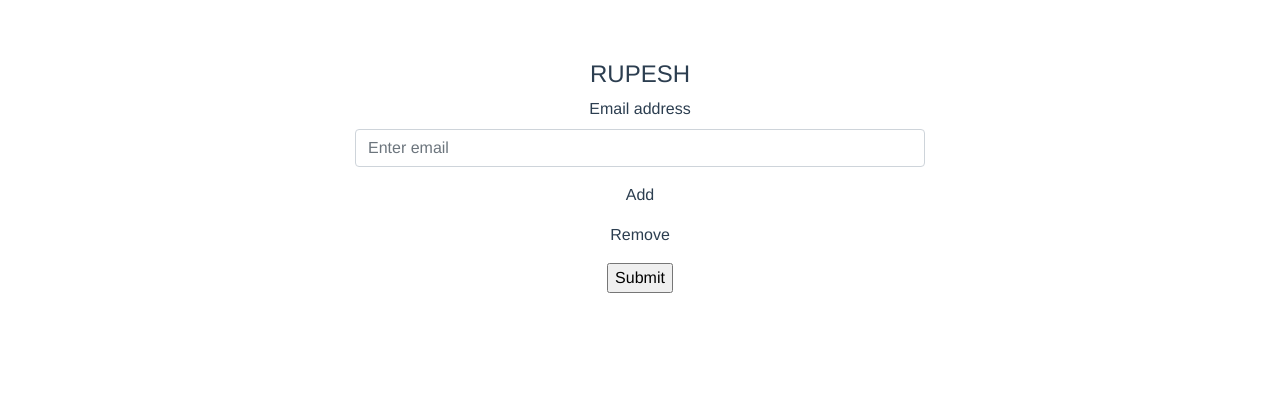
Repository: rupeshpawar93/vue-profile
Page: /company-form
The author's editor kept a copy of each file at every save. The page is drawn from the files as they stood at one save, then again after the next save.
The browser window is 1280 px wide. The pictures show the whole page.
The project was rebuilt for these pictures with package versions that can differ from the ones it lists, and the page was loaded fresh each time. Also part of the build but not shown: webpack.config.js, src/components/Portfolio.vue, src/components/PortfolioDetail.vue, src/components/Mycart.vue.

Above is the page before, as saved 2019-11-06 15:23:49.

### index.html
<!DOCTYPE html>
<html lang="en">
  <head>
    <meta charset="utf-8">
    <title>Portfolio Manager</title>
  </head>
  <body>
    <div id="app"></div>
    <script src="/dist/build.js"></script>
  </body>
</html>

### src/main.js
import Vue from 'vue'
import BootstrapVue from 'bootstrap-vue'
import 'bootstrap/dist/css/bootstrap.css'
import 'bootstrap-vue/dist/bootstrap-vue.css'
import App from './App'
import router from './router'
import { store } from './store/store.js'

Vue.use(BootstrapVue)

Vue.config.productionTip = false

new Vue({
	el: '#app',
	router,
	store,
	template: '<App/>',
	components: { App }
})

### src/App.vue
<template>
  <div id="app">
    <router-view></router-view>
  </div>
</template>

<script>
	export default {
	  name: 'app'
	}
</script>


<style>
	#app {
		font-family: 'Avenir', Helvetica, Arial, sans-serif;
		-webkit-font-smoothing: antialiased;
		-moz-osx-font-smoothing: grayscale;
		text-align: center;
		color: #2c3e50;
		margin-top: 60px;
	}

	h1, h2 {
		font-weight: normal;
	}
</style>

### src/router/index.js
import Vue from 'vue'
import Router from 'vue-router'
import Portfolio from '@/components/Portfolio'
import PortfolioDetail from '@/components/PortfolioDetail'
import MyCart from '@/components/Mycart'
import Company from '@/components/Company'
Vue.use(Router)

export default new Router({
    mode: 'history',
    routes: [
        {
            path: '/',
            name: 'Portfolio',
            component: Portfolio
        },
        {
            path: '/portfolio/detail',
            name: 'mycart',
            component: MyCart,
            props:true
        },
        {
            path:'/company-form',
            name: 'company',
            component: Company
        }
    ]
})

### src/store/store.js
import Vue from 'vue'
import Vuex from 'vuex'

Vue.use(Vuex)
export const store = new Vuex.Store({
    state: {
        myshare:0,
        sharePrice:0,
        first_name:'rupesh'
    },
    getters: {
        upperCase:state=>state.first_name.toUpperCase()
    },
    mutations: {
        increment(state,flag) {
            ++state.myshare
        },
        decrement(state,flag) {
            --state.myshare
        },
        addPrice(state,price) {
            state.sharePrice=state.sharePrice+price
        },
        minusPrice(state,price) {
            state.sharePrice=state.sharePrice-price
        }
    },
    actions: {
        addIncrement(context,flag) {
            if(flag){
                context.commit('increment')
            } else {
                context.commit('decrement')
            }
        },
        addPriceValue(context,[flag,price]) {
            if(flag) {
                context.commit('addPrice',price)
            } else {
                context.commit('minusPrice',price)
            }
        }
    }
});

### src/components/Company.vue
<template>
    <div>
        <h4>{{name}}</h4>
        <h3>{{company}}</h3>
        <form class="container" @submit.prevent="checkForm">
            <div v-for="(item,index) in items" v-bind:key="index">
                <div class="form-group">
                    <label for="exampleInputEmail1">Email address</label>
                    <input type="email" class="form-control" value=""  aria-describedby="emailHelp" v-model="item.email" placeholder="Enter email">
                </div>
                <Input :item="item"/>
                <!-- <div class="form-group">
                    <label for="exampleInputPassword1">Name</label>
                    <input type="text" class="form-control" value="" id="exampleInputPassword1" placeholder="name" v-model="item.name">
                </div> -->
            </div>
             <p @click="addnew">Add</p>
              <p @click="remove">Remove</p>
             <div class="form-group">
                <input type="submit" value="Submit">
            </div>
        </form>
    </div>
</template>
<style scoped>
    .container {
        width:600px;
        margin: 0 auto;
    }
</style>>

</style>
<script>
import Input from './../reuse/Input'
export default {
    name: 'Company',
    data() {
        return {
            company:'',
            items:[]
        }
    },
    components: {Input},
    computed: {
        name() {
           return this.$store.getters.upperCase
        }
    },
    created() {
        this.company = this.$route.params.item.Company
    },
    methods: {
        checkForm() {
            console.log(this.items);
        },
        addnew() {
            this.items.push([
              {  email:null,
                name:null
            }])
        },
        remove() {
            this.items.splice(0,1)
        }
    },
    mounted() {
        this.addnew()
    }
}
</script>

### src/reuse/Input.vue
<template>
   <div class="form-group">
        <label for="exampleInputPassword1">Name</label>
        <input type="text" class="form-control" value="" id="exampleInputPassword1" placeholder="name" v-model="item.name">
    </div>
</template>

<script>
export default {
    name:'Input',
    props:{
        name:Object
    }
}
</script>

After the next save:
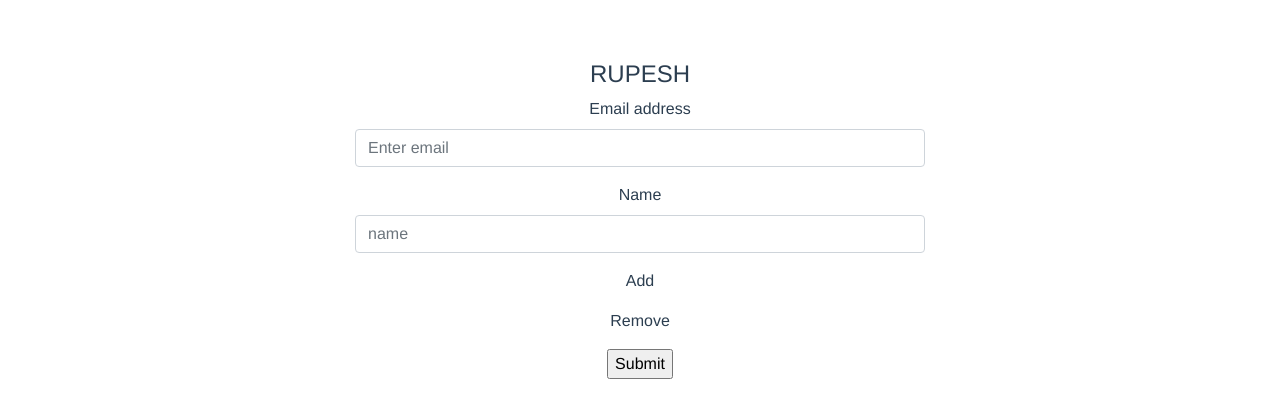
Saved 8 s later.
--- a/src/reuse/Input.vue
+++ b/src/reuse/Input.vue
@@ -9,7 +9,7 @@
 export default {
     name:'Input',
     props:{
-        name:Object
+        item:Object
     }
 }
 </script>
